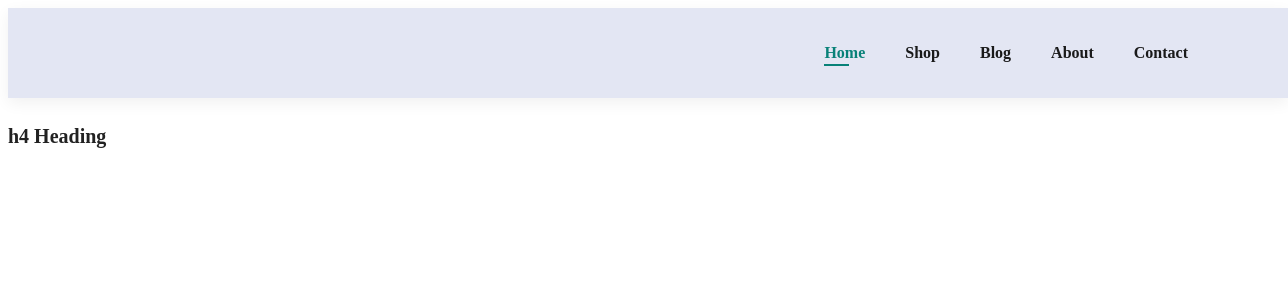
Repository: thecoachanna/lishas-layers
Page: index.html
The author's editor kept a copy of each file at every save. The page is drawn from the files as they stood at one save, then again after a run of saves.
The browser window is 1280 px wide. The page is 1288 px wide, so the pictures cover 1288 px, including what lies to the right of the window. The pictures show the whole page.

Above is the page before, as saved 2023-01-05 15:03:47.

After the next 4 saves:
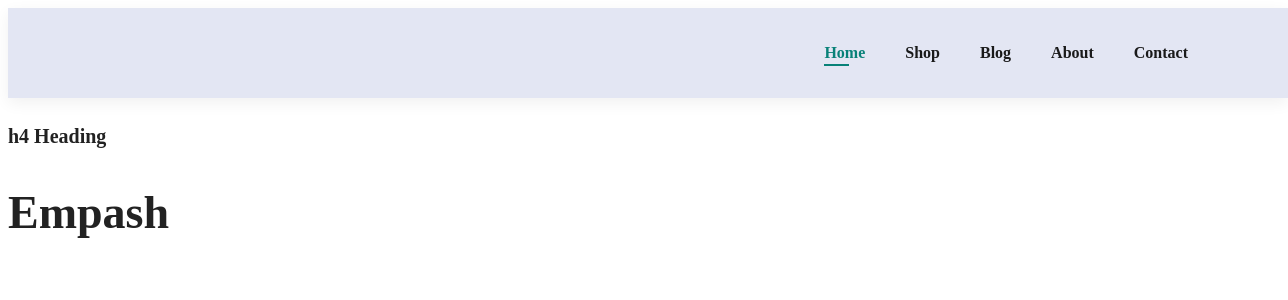
The 4 saves are shown as one change because they came seconds apart.
The last was saved 10 s later.
--- a/index.html
+++ b/index.html
@@ -23,6 +23,7 @@
 
     <section id="hero">
         <h4>h4 Heading</h4>
+        <h2>Empash</h2>
     </section>
     <script src="script.js"></script>
 </body>
